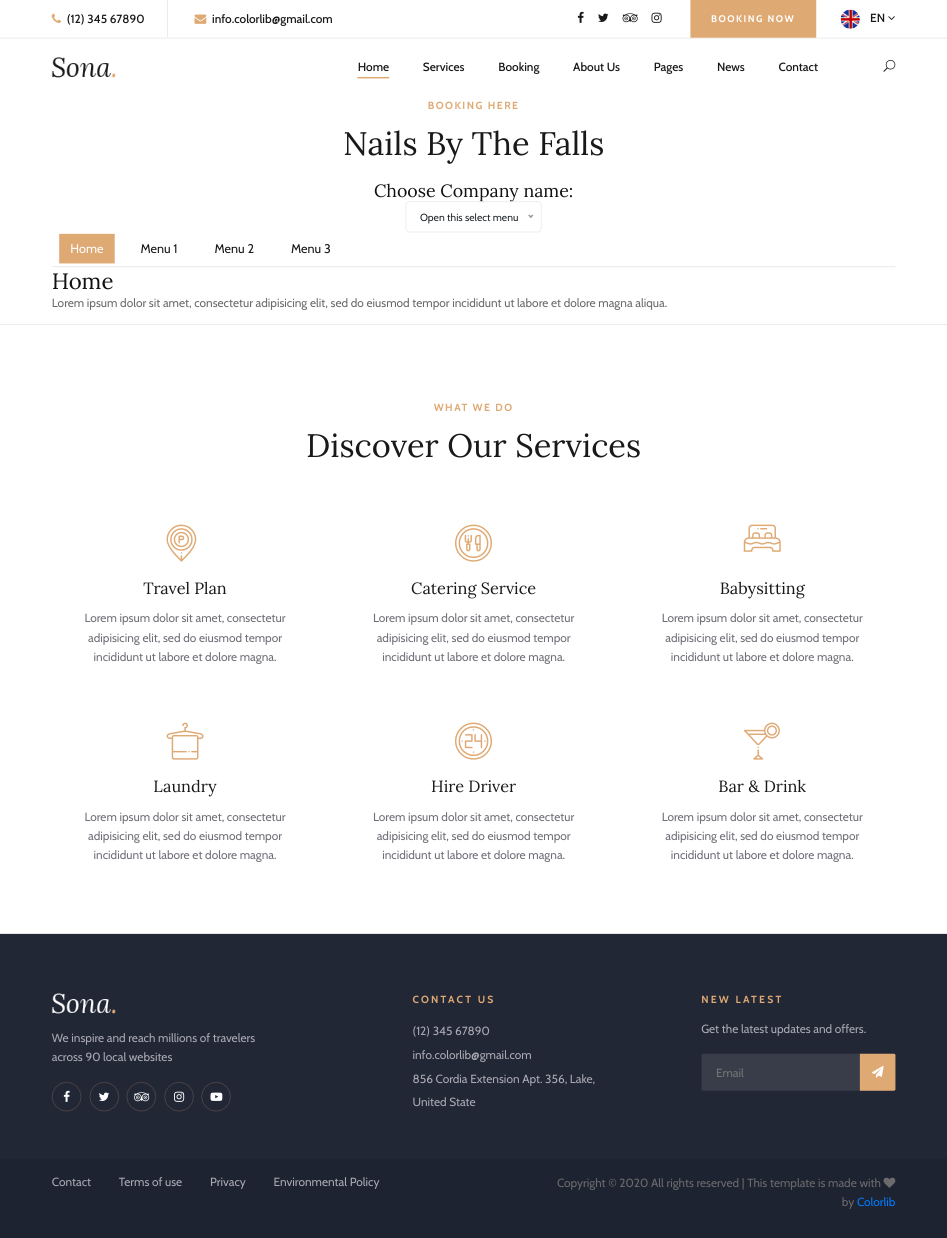
Repository: KeriBoss/Booking_Spa
Page: booking.html
These files come from the project's save history. The page is drawn as it stood at one moment and after the next save; the edit follows.
The browser window is 1280 px wide. The pictures show the whole page, at 74% of full size.

Above is the page before, as saved 2023-05-19 16:06:22.

After the next save:
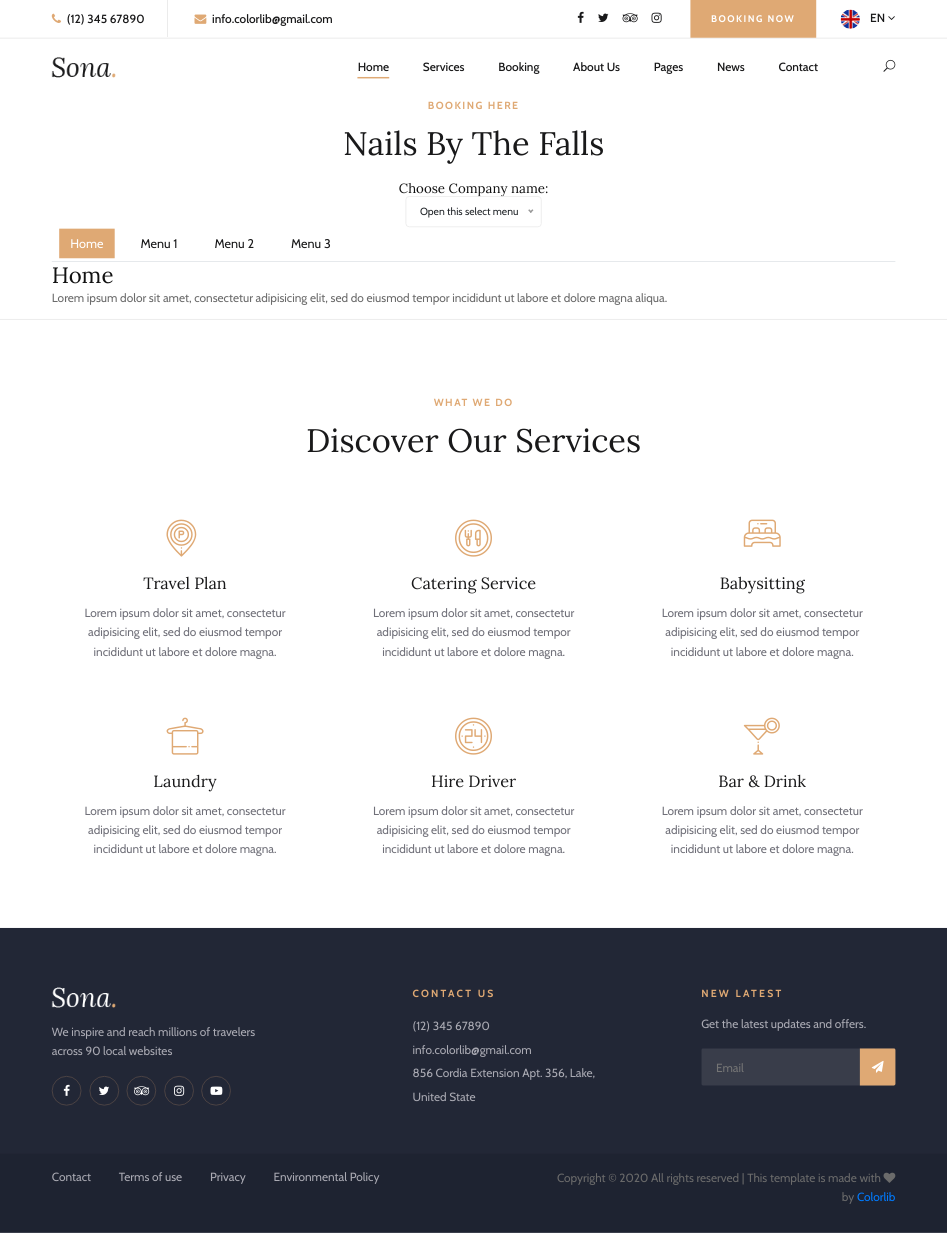
Saved 15 s later.
--- a/booking.html
+++ b/booking.html
@@ -177,7 +177,7 @@
                     </div>
                 </div>
                 <div class="col-lg-12 text-center">
-                    <h4>Choose Company name: </h4>
+                    <h5>Choose Company name: </h5>
                 </div>
                 <div class="col-lg-12">
                     <div class="d-flex justify-content-center align-items-center flex-wrap">
